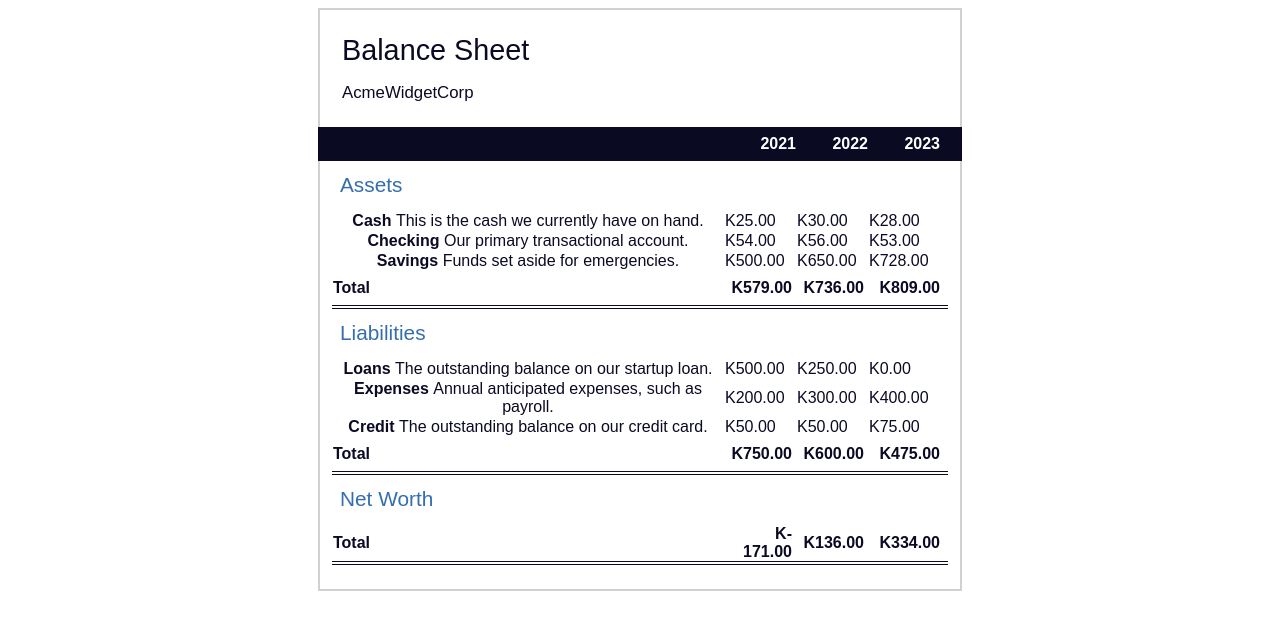
Repository: Lungdjos/balance_shee
Page: index.html
These files come from the project's save history. The page is drawn as it stood at one moment and after the next save; the edit follows.
The browser window is 1280 px wide. The pictures show the whole page.

Above is the page before, as saved 2023-11-04 23:22:25.

After the next save:
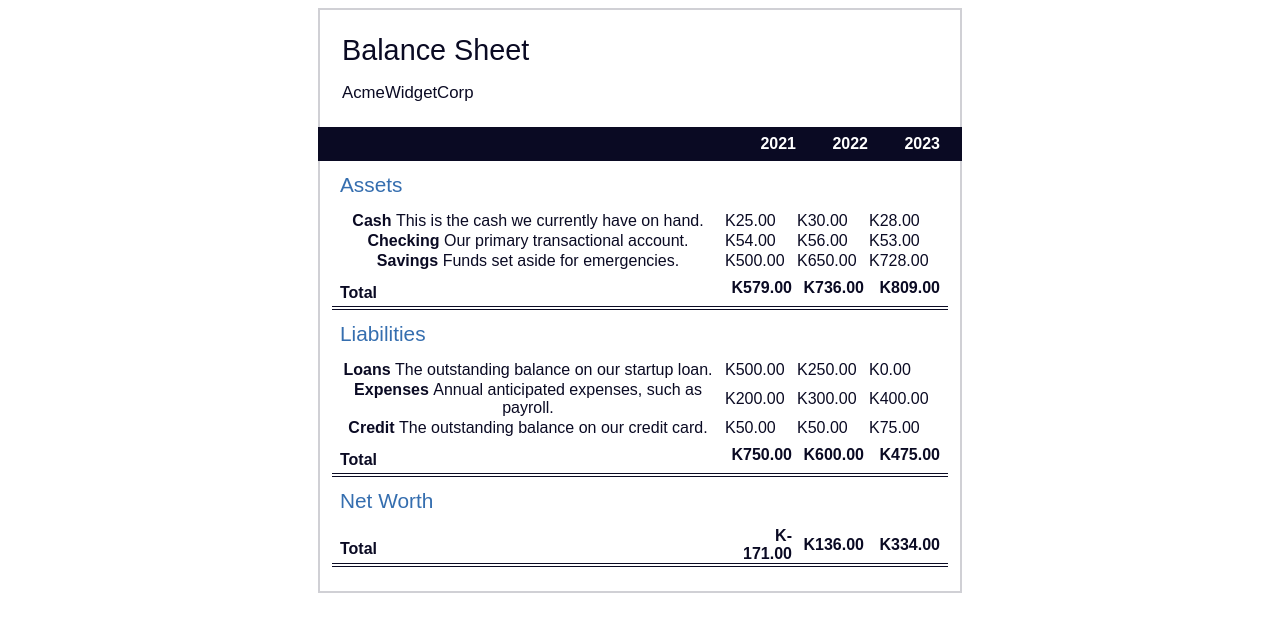
Saved 4 s later.
--- a/styles.css
+++ b/styles.css
@@ -110,7 +110,7 @@
 
     tr[class="total"] th {
         text-align: left;
-        padding: .rem 0 .25rem .5rem
+        padding: .8rem 0 .25rem .5rem
     }
 
     tr.total td {
